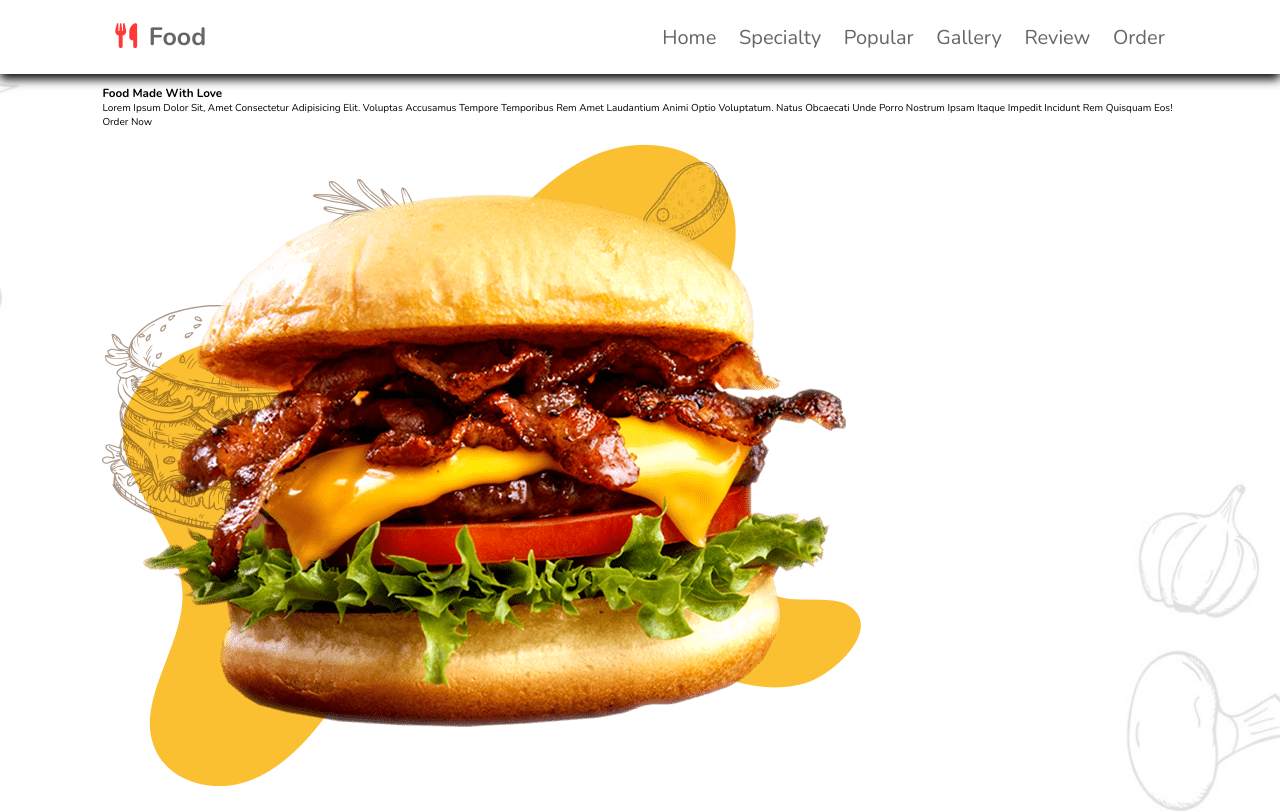
Repository: wenxi0504/ResturantApp-static-
Page: index.html
These files come from the project's save history. The page is drawn as it stood at one moment and after the next save; the edit follows.
The browser window is 1280 px wide. The pictures show the whole page.

Above is the page before, as saved 2022-01-09 22:29:59.
Console error: TypeError: Cannot read properties of null (reading 'classList')

After the next save:
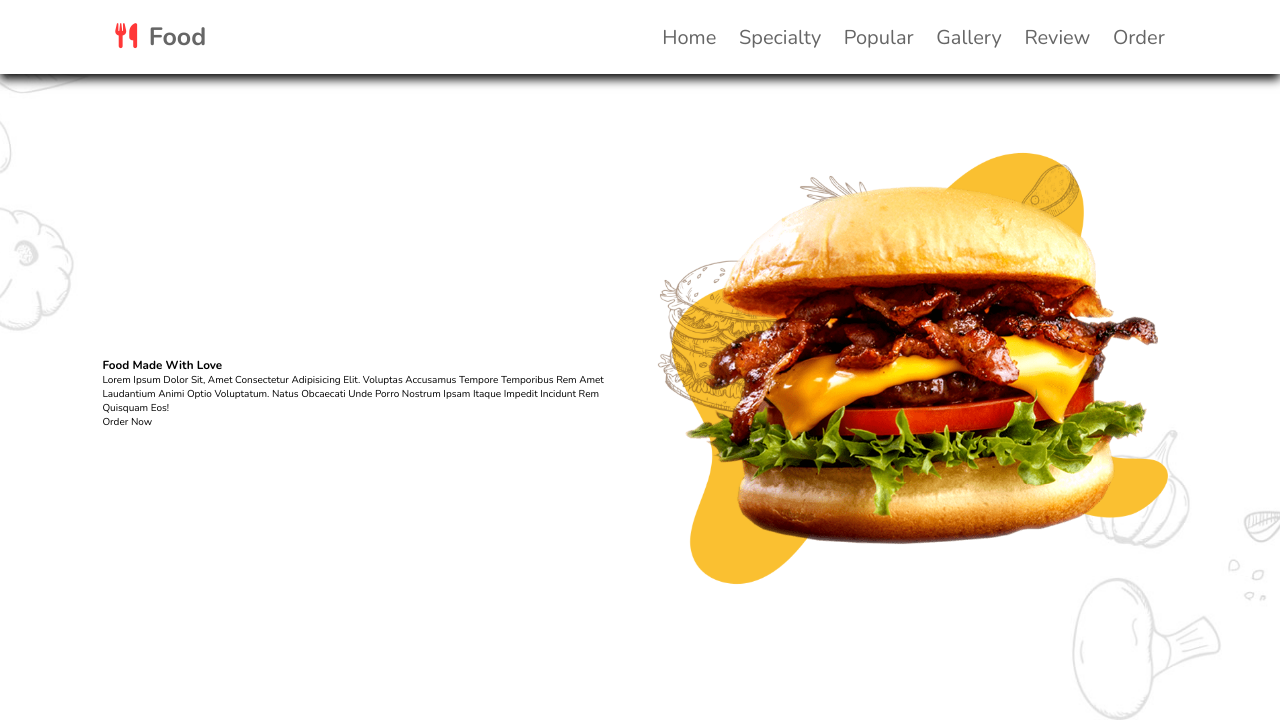
Saved 8 min 10 s later.
--- a/style.css
+++ b/style.css
@@ -102,6 +102,25 @@ header .navbar a:hover{
   padding-top: 6.5rem;
 }
 
+.home .image{
+  flex: 1 1 40rem;
+}
+
+.home .image img{
+  width:100%;
+  padding:1rem;
+  animation:float 3s linear infinite;
+}
+
+@keyframes float{
+  0%, 100%{
+    transform:translateY(0rem);
+  }
+  50%{
+    transform:translateY(3rem);
+  }
+}
+
 
 
 
